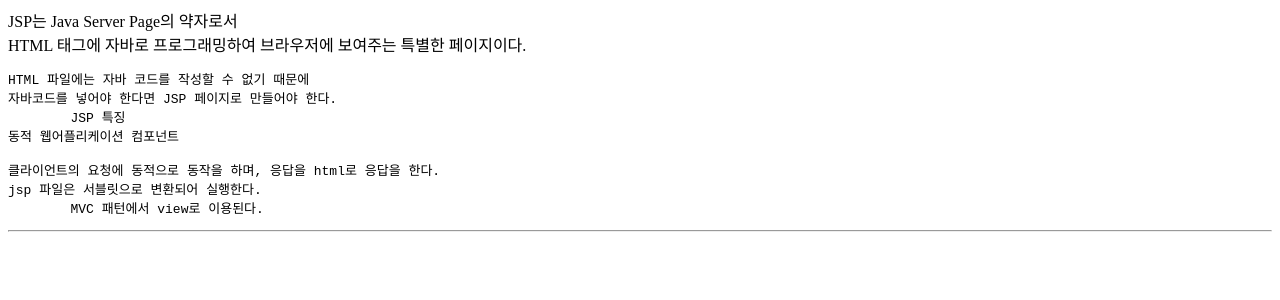
Repository: dadomin/2020JAVA
Page: http://localhost/20201damin/ex01.jsp
These files come from the project's save history. The page is drawn as it stood at one moment and after the next save; the edit follows.
The browser window is 1280 px wide. The pictures show the whole page.
The page is served by Tomcat 9.

Above is the page before, as saved 2020-06-02 01:39:08.

After the next save:
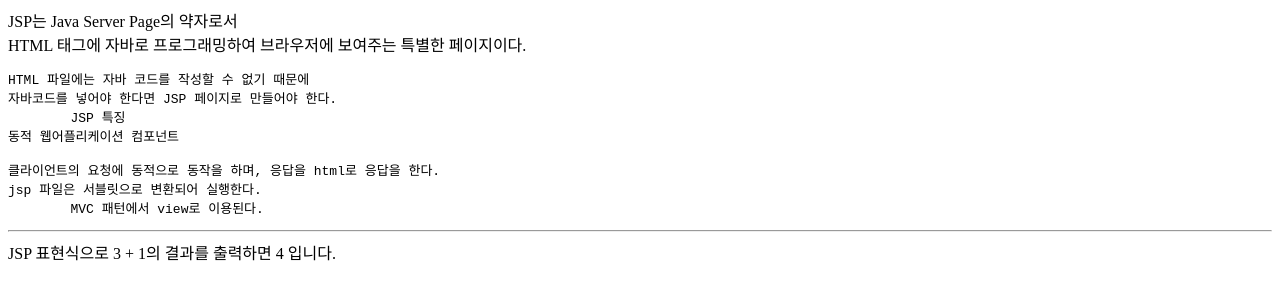
Saved 37 s later.
--- a/first semester/20201damin/WebContent/ex01.jsp
+++ b/first semester/20201damin/WebContent/ex01.jsp
@@ -20,5 +20,6 @@ HTML 파일에는 자바 코드를 작성할 수 없기 때문에
 jsp 파일은 서블릿으로 변환되어 실행한다.
 	MVC 패턴에서 view로 이용된다.</pre>
 <hr/>
+JSP 표현식으로 3 + 1의 결과를 출력하면 <%= 3 + 1 %> 입니다.
 </body>
 </html>
